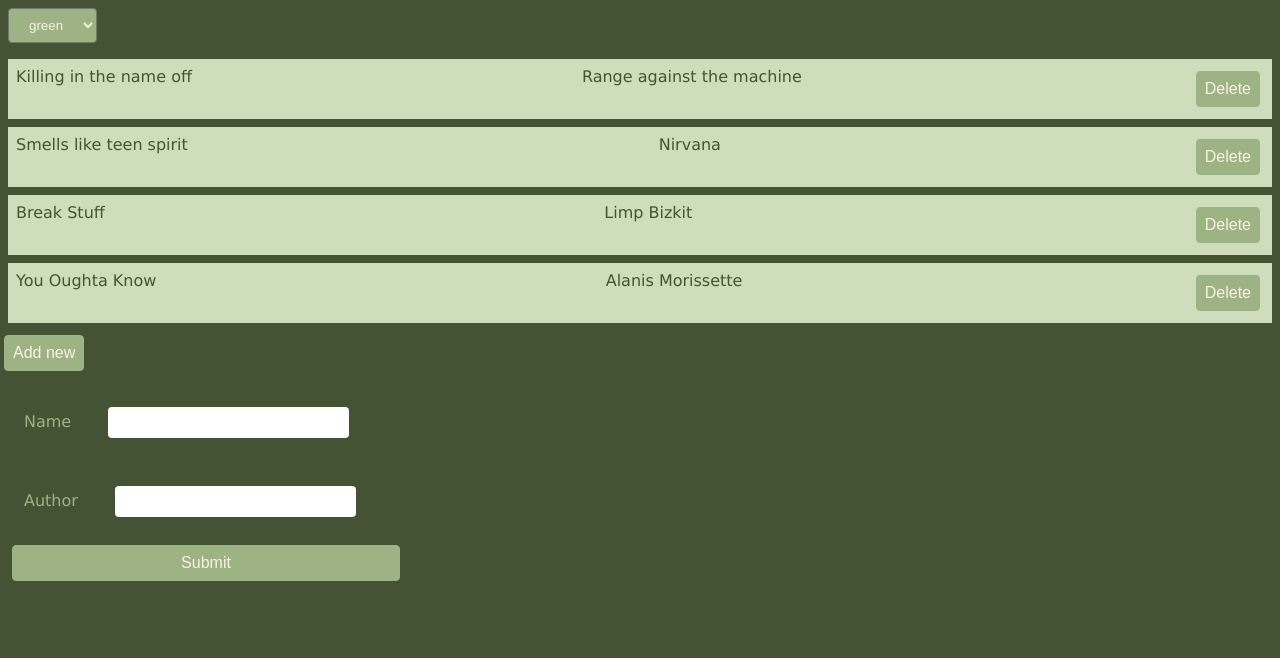
Repository: majakesin/moodify-app
Page: /angry, after clicking the first element matching `div > :nth-child(5)`
The author's editor kept a copy of each file at every save. The page is drawn from the files as they stood at one save, then again after the next save.
The browser window is 1280 px wide. The pictures show the whole page.
The project was rebuilt for these pictures with package versions that can differ from the ones it lists, and the page was loaded fresh each time. Also part of the build but not shown: src/data/moods.js, src/components/Mood/index.jsx, src/pages/ChooseMood/index.module.css, src/pages/ChooseMood/index.jsx.

Above is the page before, as saved 2023-08-23 10:25:12.

After the next save:
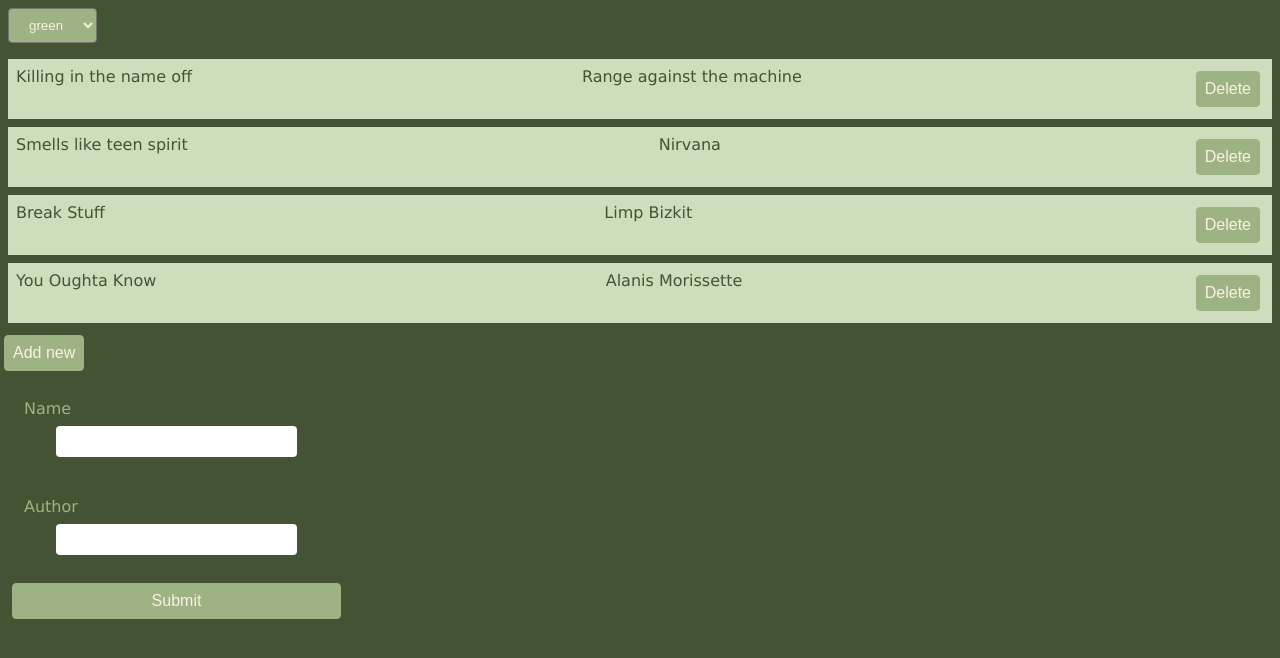
Saved 78 s later.
--- a/src/pages/SongList/index.jsx
+++ b/src/pages/SongList/index.jsx
@@ -47,10 +47,10 @@ const SongList = () => {
         //on this one we do it custom.. But some kind of validation is neeeded
         return (
             <form onSubmit={onSubmit} className={styles.form} >
-                <label> <span className={styles.text}> Name </span>
+                <label> <div className={styles.text}> Name </div>
                     <input type="text" name="name" value={name} onChange={onChange} />
                 </label>
-                <label> <span className={styles.text}> Author </span>
+                <label> <div className={styles.text}> Author </div>
                     <input type="text" name="author" value={author} onChange={onChange} />
                 </label>
                 <button type="submit">Submit</button>
